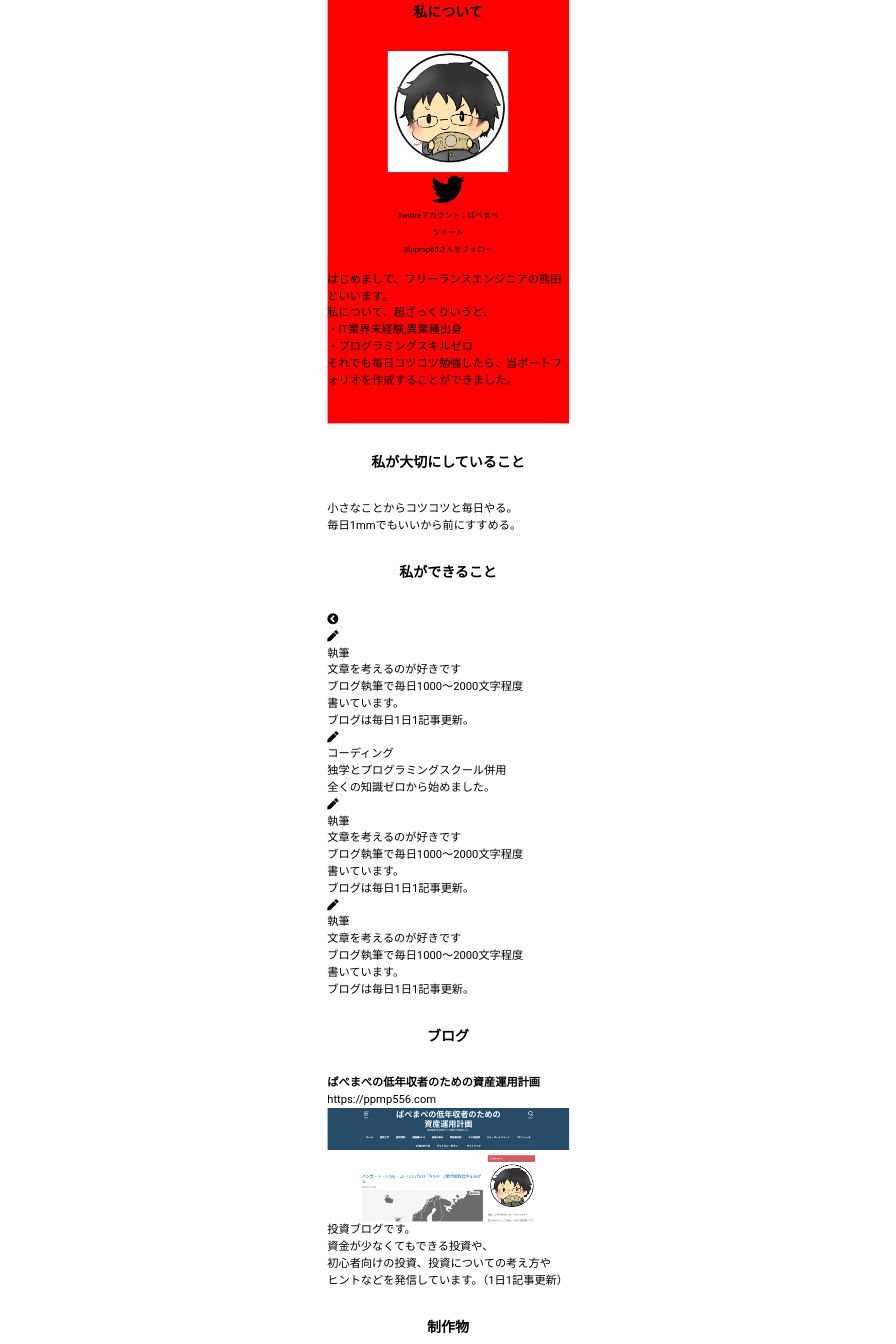
Repository: ppmp556/portfolio6
Page: index copy.html
An editor plug-in stored every save of this project. The page is shown before and after the next save, followed by the edit.
The browser window is 1280 px wide. The pictures show the part of the page from y = 807 to 2727 px (the page is 2950 px tall before and 2989 px after), at 70% of full size.
Some web libraries are served in a nearby version. The style sheet was rebuilt from its Sass, Less or Tailwind sources for each picture, by a compiler version that may differ from the author's.

Above is the page before, as saved 2020-10-11 20:00:55.
Console error: TypeError: Cannot read properties of null (reading 'addEventListener')

After the next save:
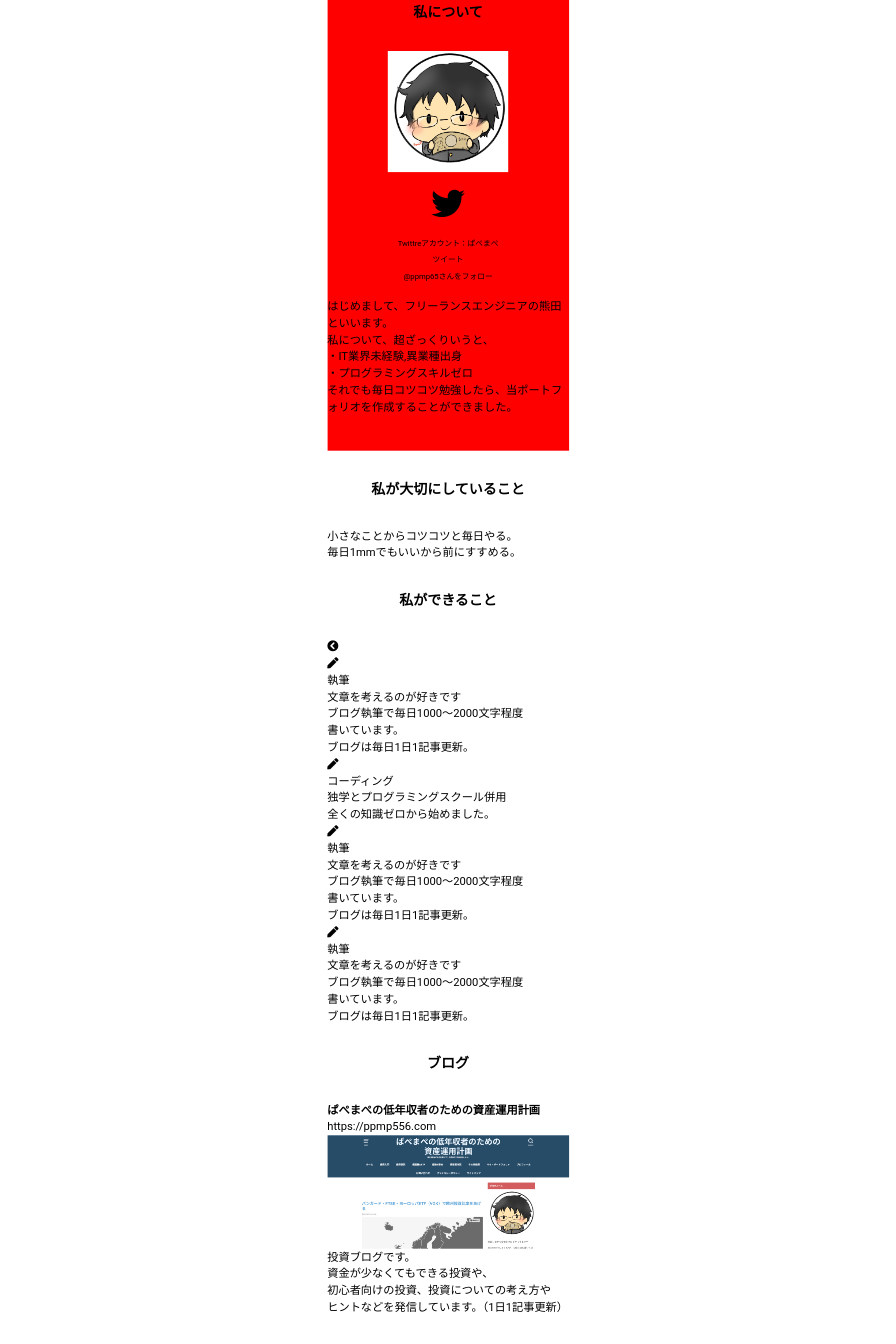
Saved 74 s later.
--- a/css/main.scss
+++ b/css/main.scss
@@ -332,7 +332,7 @@ about
 }
 
 .share {
-    font-size: 2rem;
+    padding: 20px 0;
 }
 
 .twitter {
